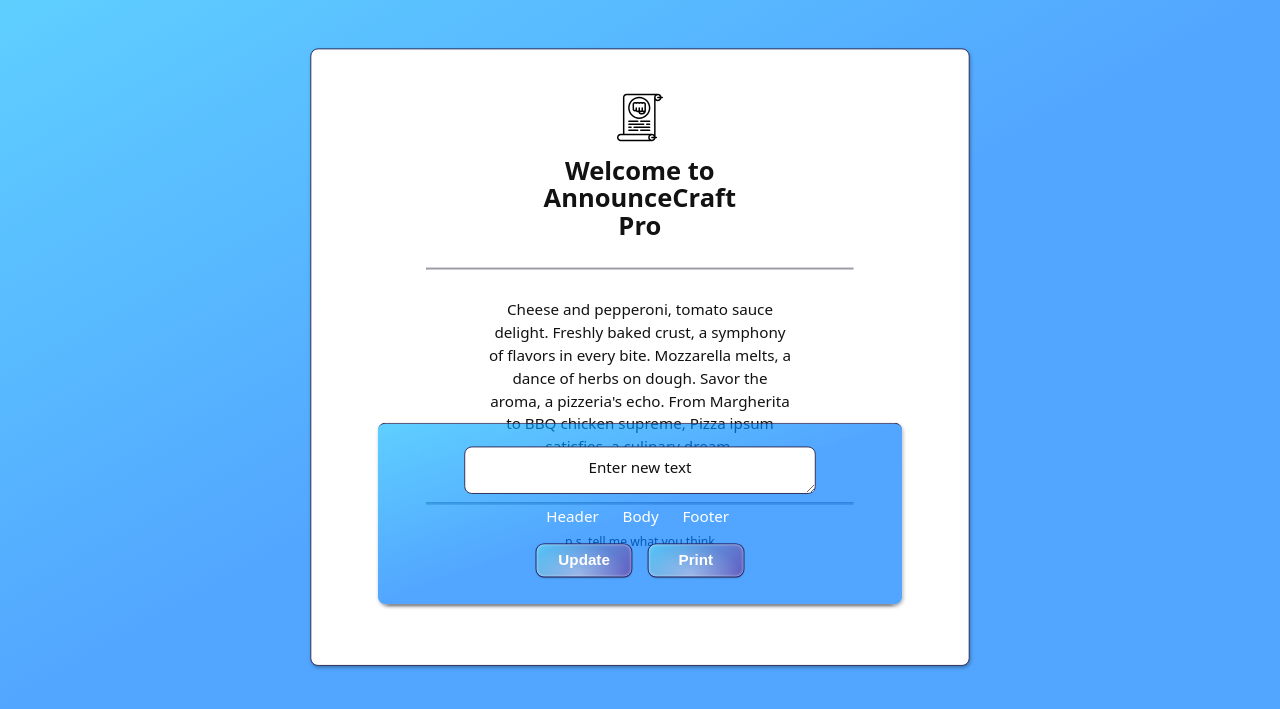
Repository: Freezler/AnnounceCraft
Page: index.html
An editor plug-in stored every save of this project. The page is shown before and after the next save, followed by the edit.
The browser window is 1280 px wide. The pictures show the whole page.

Above is the page before, as saved 2024-01-22 21:15:54.

### index.html
<!DOCTYPE html>
<html lang="en">

<head>
	<meta charset="UTF-8" />
	<meta name="viewport" content="width=device-width, initial-scale=1.0" />
	<title>Paper Announcement App</title>
	<link rel="stylesheet" href="style.css" />
</head>

<body>
	<section id="shopping-list">

		<div class="content">
			<svg xmlns="http://www.w3.org/2000/svg" xmlns:xlink="http://www.w3.org/1999/xlink" version="1.1" x="0"
				y="0px" viewBox="0 0 64 80" enable-background="new 0 0 64 64" xml:space="preserve">
				<g>
					<path
						d="M6,64h42c2.414,0,4.435-1.721,4.898-4H54c0.553,0,1-0.447,1-1s-0.447-1-1-1h-1V8.975C53.838,9.609,54.87,10,56,10   c2.414,0,4.435-1.721,4.898-4H62c0.553,0,1-0.447,1-1s-0.447-1-1-1h-1.102C60.435,1.721,58.414,0,56,0H14c-2.757,0-5,2.243-5,5v49   H6c-2.757,0-5,2.243-5,5S3.243,64,6,64z M48,62c-1.654,0-3-1.346-3-3s1.346-3,3-3c1.302,0,2.401,0.839,2.815,2H48   c-0.553,0-1,0.447-1,1s0.447,1,1,1h2.815C50.401,61.161,49.302,62,48,62z M58.815,4H56c-0.553,0-1,0.447-1,1s0.447,1,1,1h2.815   C58.401,7.161,57.302,8,56,8c-1.654,0-3-1.346-3-3s1.346-3,3-3C57.302,2,58.401,2.839,58.815,4z M11,5c0-1.654,1.346-3,3-3h38.025   C51.391,2.838,51,3.87,51,5v50.025C50.162,54.391,49.13,54,48,54H11V5z M6,56h38.025C43.391,56.838,43,57.87,43,59   s0.391,2.162,1.025,3H6c-1.654,0-3-1.346-3-3S4.346,56,6,56z" />
					<path
						d="M45,40.008h-4c-0.553,0-1,0.447-1,1s0.447,1,1,1h4c0.553,0,1-0.447,1-1S45.553,40.008,45,40.008z" />
					<path
						d="M17,42.008h20c0.553,0,1-0.447,1-1s-0.447-1-1-1H17c-0.553,0-1,0.447-1,1S16.447,42.008,17,42.008z" />
					<path
						d="M45,44.008H24c-0.553,0-1,0.447-1,1s0.447,1,1,1h21c0.553,0,1-0.447,1-1S45.553,44.008,45,44.008z" />
					<path
						d="M17,46.008h3c0.553,0,1-0.447,1-1s-0.447-1-1-1h-3c-0.553,0-1,0.447-1,1S16.447,46.008,17,46.008z" />
					<path
						d="M17,38.008h12c0.553,0,1-0.447,1-1s-0.447-1-1-1H17c-0.553,0-1,0.447-1,1S16.447,38.008,17,38.008z" />
					<path
						d="M45,36.008H33c-0.553,0-1,0.447-1,1s0.447,1,1,1h12c0.553,0,1-0.447,1-1S45.553,36.008,45,36.008z" />
					<path
						d="M29,48.008H17c-0.553,0-1,0.447-1,1s0.447,1,1,1h12c0.553,0,1-0.447,1-1S29.553,48.008,29,48.008z" />
					<path
						d="M45,48.008H33c-0.553,0-1,0.447-1,1s0.447,1,1,1h12c0.553,0,1-0.447,1-1S45.553,48.008,45,48.008z" />
					<path
						d="M40.001,14.006c0-1.654-1.346-3-3-3c-0.003,0-0.005,0.002-0.007,0.002c-0.703,0.001-1.389,0.19-1.993,0.545   c-1.213-0.711-2.787-0.711-4,0c-1.213-0.711-2.787-0.711-4,0c-0.604-0.354-1.29-0.544-1.993-0.545   c-0.002,0-0.004-0.002-0.007-0.002c-1.654,0-3,1.346-3,3v7.002c0,1.654,1.346,3,3,3c0.537,0,1.034-0.153,1.471-0.401   c0.532,0.84,1.464,1.402,2.529,1.402c0.36,0,0.7-0.074,1.021-0.19c-0.004,0.064-0.021,0.126-0.021,0.191c0,1.654,1.346,3,3,3h1.989   c0.004,0,0.006,0.002,0.01,0.002c2.76,0,5.006-2.246,5.006-5.006c0-0.009-0.005-0.016-0.005-0.024V14.006z M29.001,23.009   c-0.552,0-1-0.448-1-1v-3.003c0-0.553-0.447-1-1-1s-1,0.447-1,1v2.002c0,0.552-0.448,1-1,1s-1-0.448-1-1v-7.002   c0-0.551,0.447-0.998,0.997-1c0.001,0,0.002,0.001,0.003,0.001c0.485,0,0.957,0.186,1.331,0.521c0.379,0.342,0.959,0.342,1.338,0   c0.748-0.672,1.914-0.672,2.662,0c0.379,0.342,0.959,0.342,1.338,0c0.748-0.672,1.914-0.672,2.662,0   c0.189,0.171,0.43,0.257,0.669,0.257s0.479-0.086,0.669-0.257c0.374-0.336,0.846-0.521,1.331-0.521   c0.001,0,0.002-0.001,0.003-0.001c0.55,0.002,0.997,0.449,0.997,1v8.003c0,0.552-0.448,1-1,1s-1-0.448-1-1v-3.003   c0-0.553-0.447-1-1-1s-1,0.447-1,1v3.003c0,0.552-0.448,1-1,1s-1-0.448-1-1v-3.003c0-0.553-0.447-1-1-1s-1,0.447-1,1v3.003   C30.001,22.561,29.553,23.009,29.001,23.009z M35.007,26.011c-0.003,0-0.005-0.001-0.007-0.001h-1.999c-0.552,0-1-0.448-1-1   c0-0.061,0.026-0.115,0.038-0.174c0.304,0.104,0.623,0.173,0.962,0.173c0.771,0,1.468-0.301,2-0.78c0.532,0.479,1.229,0.78,2,0.78   c0.084,0,0.162-0.018,0.244-0.024C36.695,25.607,35.9,26.009,35.007,26.011z" />
					<path
						d="M31,3.998c-8.271,0-15,6.729-15,15s6.729,15,15,15s15-6.729,15-15S39.271,3.998,31,3.998z M31,31.998   c-7.168,0-13-5.832-13-13s5.832-13,13-13s13,5.832,13,13S38.168,31.998,31,31.998z" />
				</g>
			</svg>
			<h1 @click="updateSelectedType('Header'); updateSelectedText(header)">{{ header }}</h1>
			<hr>
			<p @click="updateSelectedType('Body'); updateSelectedText(body)">{{ body }}</p>
			<hr>
			<h4 @click="updateSelectedType('Footer'); updateSelectedText(footer)">{{ footer }}</h4>
		</div>
		<div class="choice-box">
			<textarea v-model="selectedText" type="text" minlength="10" maxlength="400" required
				placeholder="Enter new text"></textarea>

			<div class="radio-container">
				<input class="btn" type="radio" id="header" value="Header" v-model="selectedType"
					@change="updateTempContent">
				<label for="header">Header</label>
				<input class="btn" type="radio" id="body" value="Body" v-model="selectedType"
					@change="updateTempContent">
				<label for="body">Body</label>
				<input class="btn" type="radio" id="footer" value="Footer" v-model="selectedType"
					@change="updateTempContent">
				<label for="footer">Footer</label>
				<div class="btn-group">
					<button @click="updateText" class="btn">Update</button>
					<button @click="updateText" class="btn">Print</button>
				</div>

			</div>
		</div>
	</section>
	<script src="https://unpkg.com/vue@3"></script>
	<script src="app.js"></script>
</body>

</html>

### style.css
:root {
    --primary-color: hsla(211, 100%, 50%, 0.678);
    --secondary-color: #6c757d;
    --success-color: #28a745;
    --error-color: #dc3545;
    --oxford-blue: rgb(18, 18, 18);
    --bittersweet: rgb(44, 44, 88);
    --platinum: hsla(174, 11%, 82%, 1);
    --khaki: rgb(118, 143, 230);
    --white: rgb(255, 255, 255);
    --primary: rgb(255, 0, 76);
    --secondary: rgb(0, 255, 76);
    --polkadot-pink: #e6007a;
    --polkadot-purple: #552BBF;
    --polkadot-cyan: hsla(198, 100%, 50%, 0.63);
    --polkadot-lime: #D3FF33;
    --polkadot-green: #56F39A;

    /* Fonts */
    --main-font: 'system-ui', -apple-system, BlinkMacSystemFont, 'Segoe UI', Roboto, Oxygen, Ubuntu, Cantarell, 'Open Sans', 'Helvetica Neue', sans-serif;
    --heading-font: 'Roboto', sans-serif;

    /* Spacing */
    --spacing-small: 8px;
    --spacing-medium: 16px;
    --spacing-large: 24px;

    /* Breakpoints */
    --tablet-breakpoint: 768px;
    --desktop-breakpoint: 1024px;

    /* Other Variables */
    --border-radius: 4px;
    --box-shadow: 1px 2px 4px rgba(0, 0, 0, 0.3);
    --radius: 8px;

    /* Typography */
    --heading-font-size: 24px;
    --heading-line-height: 1.2;
    --paragraph-font-size: 16px;
    --paragraph-line-height: 1.5;
    --paragraph-max-width: 35ch;

    scale: 0.95;
}

body {
    margin: 0;
    padding: 0;
    font-family: var(--main-font);
    background-image: linear-gradient(to bottom right, var(--polkadot-cyan) 0%, var(--primary-color) 50%);
    color: var(--oxford-blue);
    text-align: center;
    height: 100vh;
    display: flex;
    flex-direction: column;
    align-items: center;

}

section {
    margin: 2rem;
    height: 90%;
    border: 1px solid var(--bittersweet);
    border-radius: var(--radius);
    padding: 0;
    max-width: 54vw;
    background-color: var(--white);
    text-align: center;
    position: absolute;
    box-shadow: var(--box-shadow);

}

h1 {
    font-size: clamp(0.9rem, 2vw, 2rem);
    line-height: 1.1;

    width: 15ch;
    margin: 1rem auto 0;
    word-wrap: pretty;
    transform: scale(1.05);
}

h1:hover {


    color: var(--polkadot-lime);
    transition: color 5s cubic-bezier(0.215, 0.610, 0.355, 1);
    text-align: center;

    padding: 0;
}

h4 {
    font-size: clamp(0.3rem, 2vw, 0.8rem);
    font-weight: 100;
    width: 35ch;
    vertical-align: middle;
    margin: 0 auto;
    padding-bottom: 24px;
    text-align: center;
    word-wrap: balanced;
}

p {
    font-size: clamp(0.6rem, 2vw, 1rem);
    line-height: 1.6;
    width: 35ch;
    line-height: 1.5;
    margin: 0 auto;
    padding: 0px 0px 1rem;
    text-wrap: balance;
    text-align: center;
}

hr {
    background-color: var(--bittersweet);
    width: 35vw;

    align-self: center;

}

label {
    display: block;
    color: var(--white);
}

.radio-container input[type="radio"] {
    display: none;

}

.radio-container input[type="radio"]:hover {
    background: #b984e86e;

}

.radio-container input[type="radio"]+label {
    display: inline-block;
    padding: 5px 10px;
    border-radius: var(--radius);
    margin-right: 5px;
    cursor: pointer;
}

.radio-container input[type="radio"]:checked+label {

    color: var(--white);
    text-transform: uppercase;
    background: var(--primary);
    filter: brightness(1.)
}

.content {
    display: flex;
    flex-direction: column;
    gap: clamp(1.4rem, 1vw, 2rem);
    width: 54vw;
    text-wrap: balance;
    padding: 5rem 0 4rem;
    margin-top: 1.2rem;
}

svg {
    position: absolute;
    top: 2.4rem;
    left: calc(50% - 25px);
    width: 50px;
    height: 80px;
    padding-bottom: 1rem;

}

.choice-box {
    position: absolute;
    bottom: 2rem;

    opacity: 1;

    background-image: linear-gradient(to bottom right, var(--polkadot-cyan) 0%, var(--primary-color) 50%);
    display: flex;
    flex-direction: column;
    gap: 8px;
    justify-content: center;
    align-items: center;
    break-before: always;
    left: 0rem;
    right: 0;
    padding: 0.8rem 0 0.8rem;
    border-top: 1.6px solid var(--bittersweet);
    border-radius: var(--radius);
    padding-top: 24px;
    padding-bottom: 16px;
    margin: 2rem auto;

    box-shadow: var(--box-shadow), 0px 10px 5px -9px var(--oxford-blue);
    max-width: 80%;

    textarea {
        width: 66%;
        color: var(--oxford-blue);
        background-color: var(--white);
        border: 0.4px solid var(--bittersweet);
        border-radius: var(--radius);
        font-size: 16px;
        font-family: system-ui, -apple-system, BlinkMacSystemFont, 'Segoe UI', Roboto, Oxygen, Ubuntu, Cantarell, 'Open Sans', 'Helvetica Neue', sans-serif;
        margin: 0 auto;

        text-align: center;
        justify-content: baseline;
        overflow: hidden;
        outline: none;
        vertical-align: middle;

        &::placeholder {
            color: var(--oxford-blue);
            text-align: center;
            justify-content: baseline;
            padding-top: 0.5rem;
        }

        &:focus {
            border-color: var(--white);
            box-shadow: 0 0 0 0.1rem var(--primary);
            text-align: center;


        }

        &::invalid {
            background-color: var(--secondary);
        }
    }
}

/*  */

.btn:hover {
    background: var(--bittersweet);
    color: var();
    text-decoration: none;
}

.btn-group {
    display: grid;
    grid-template-columns: 1fr 1fr;
    gap: 8px;
    justify-content: center;
    place-items: center;
}


/* CSS */

.btn {
    margin: 0.8rem 0.3rem;
    padding: 8px 12px;
    border: 0;
    font-size: 16px;
    transition: all 150ms ease-in-out;
    width: 100px;
    border-radius: 8px;
    box-shadow: rgba(255, 255, 255, 0.2) 0px 1px 0px 0px inset, rgba(0, 0, 0, 0.07) 0 1px 1px, rgba(0, 0, 0, 0.07) 0 2px 2px, rgba(0, 0, 0, 0.07) 0 4px 4px;
    font-weight: 600;
    color: #fff;
    box-shadow: rgba(32, 27, 92, 0.8) 0px 0px 0px 1px, rgba(255, 255, 255, 0.7) 0 0 3px 0 inset, 0 1px 2px 0 rgba(0, 0, 0, .5);
    background-image: radial-gradient(53% 87% at 44% 90%, rgba(255, 255, 255, 0.36) 0%, transparent 100%), linear-gradient(130deg, var(--polkadot-cyan) 0%, #635cc0 100%);
}


.btn:hover {
    background: var(--primary);
    filter: brightness(1.)
}



.btn:active {
    transform: scale(.95);
}

### app.js

const PaperAnnouncement = Vue.createApp({
    /**
     * Returns an object with header, body, footer, selectedText, selectedType, and tempContent properties.
     *
     * @return {Object} The object containing header, body, footer, selectedText, selectedType, and tempContent properties.
     */
    data() {
        return {
            header: "Welcome to AnnounceCraft Pro",
            body: "Cheese and pepperoni, tomato sauce delight. Freshly baked crust, a symphony of flavors in every bite. Mozzarella melts, a dance of herbs on dough. Savor the aroma, a pizzeria's echo. From Margherita to BBQ chicken supreme, Pizza ipsum satisfies, a culinary dream.",
            footer: "p.s. tell me what you think",
            selectedText: "",
            selectedType: "",
            tempContent: { type: "", text: "" }
        };
    },
    methods: {
        /**
         * Updates the temporary content based on the selected type and text.
         */
        updateTempContent() {
            if (this.selectedText === "") {
                this.selectedType = "";
                alert("Please enter text first");
            } else {
                if (this.selectedType !== undefined) {
                    this.tempContent.type = this.selectedType;
                }
                if (this.selectedText !== undefined) {
                    this.tempContent.text = this.selectedText;
                }
            }
        },

        /**
         * Updates the header, body, and footer based on the type and text from this.tempContent.
         */
        updateText() {
            const { type, text } = this.tempContent;
            if (type === "Header") {
                this.header = text;
            }
            if (type === "Body") {
                this.body = text;
            }
            if (type === "Footer") {
                this.footer = text;
            }
            this.selectedType = "";
            this.selectedText = "";
        }
    }

}).mount("#shopping-list");

After the next save:
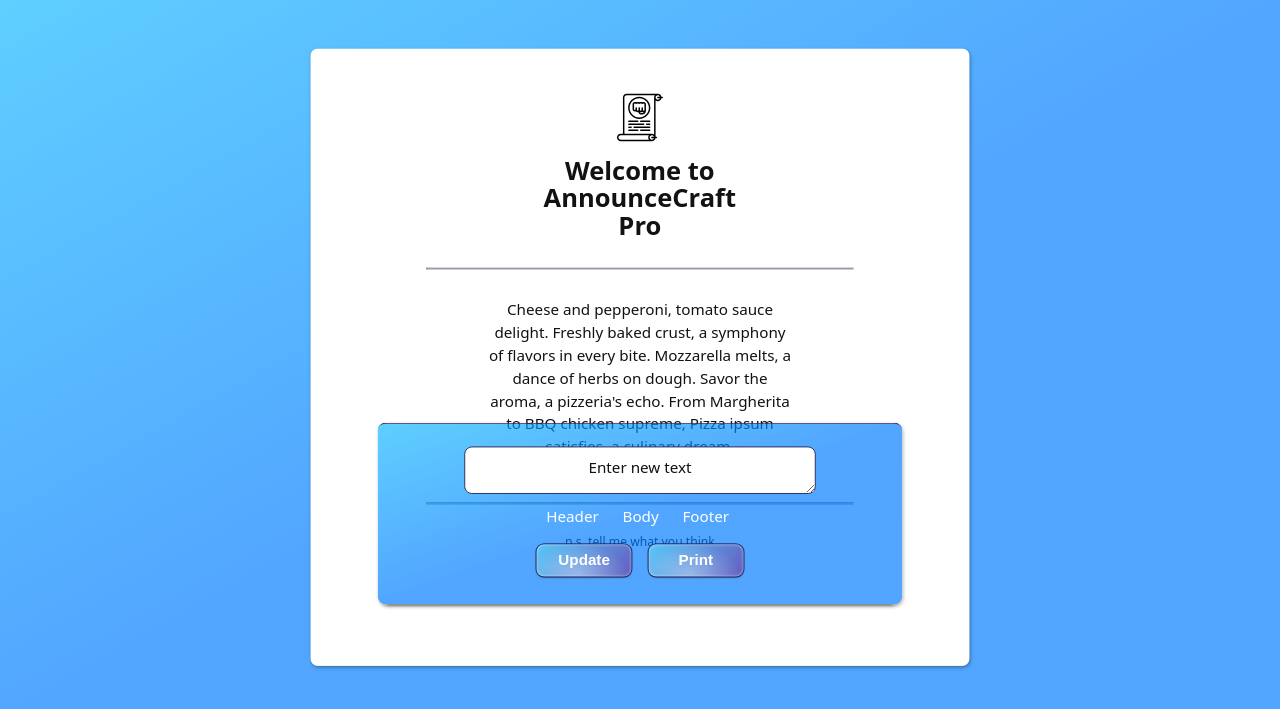
Saved 32 s later.
--- a/style.css
+++ b/style.css
@@ -61,7 +61,7 @@ body {
 section {
     margin: 2rem;
     height: 90%;
-    border: 1px solid var(--bittersweet);
+    border: 1px solid transparent;
     border-radius: var(--radius);
     padding: 0;
     max-width: 54vw;
